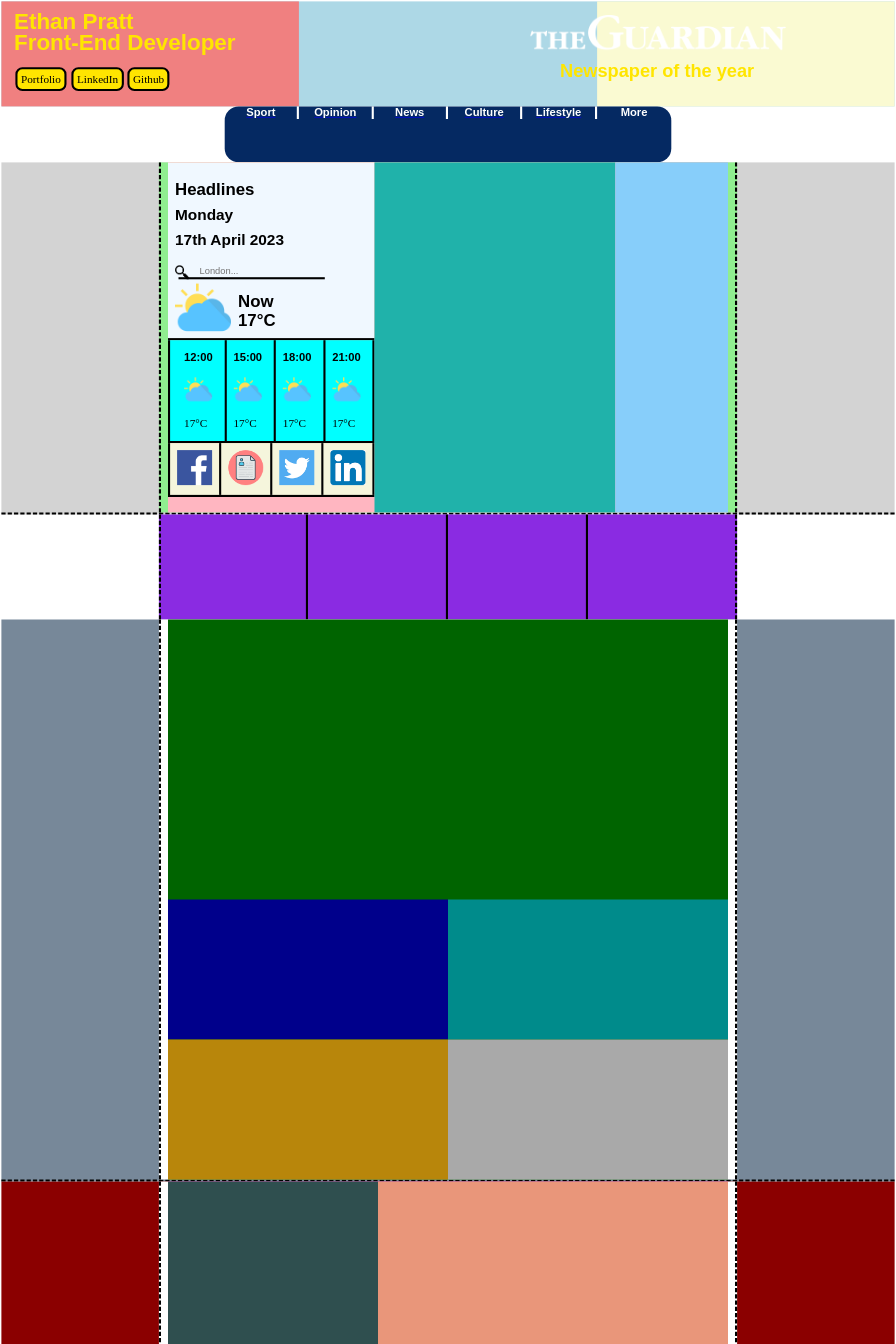
Repository: ghend99/News-Media
Page: index.html
These files come from the project's save history. The page is drawn as it stood at one moment and after the next save; the edit follows.
The browser window is 1280 px wide. The pictures show the part of the page from y = 0 to 1920 px (the page is 3765 px tall), at 70% of full size.
The page's requests for data from a server got no answer. Some web fonts or font styles are not loaded; a fallback is used.

Above is the page before, as saved 2023-05-07 19:18:52.

After the next save:
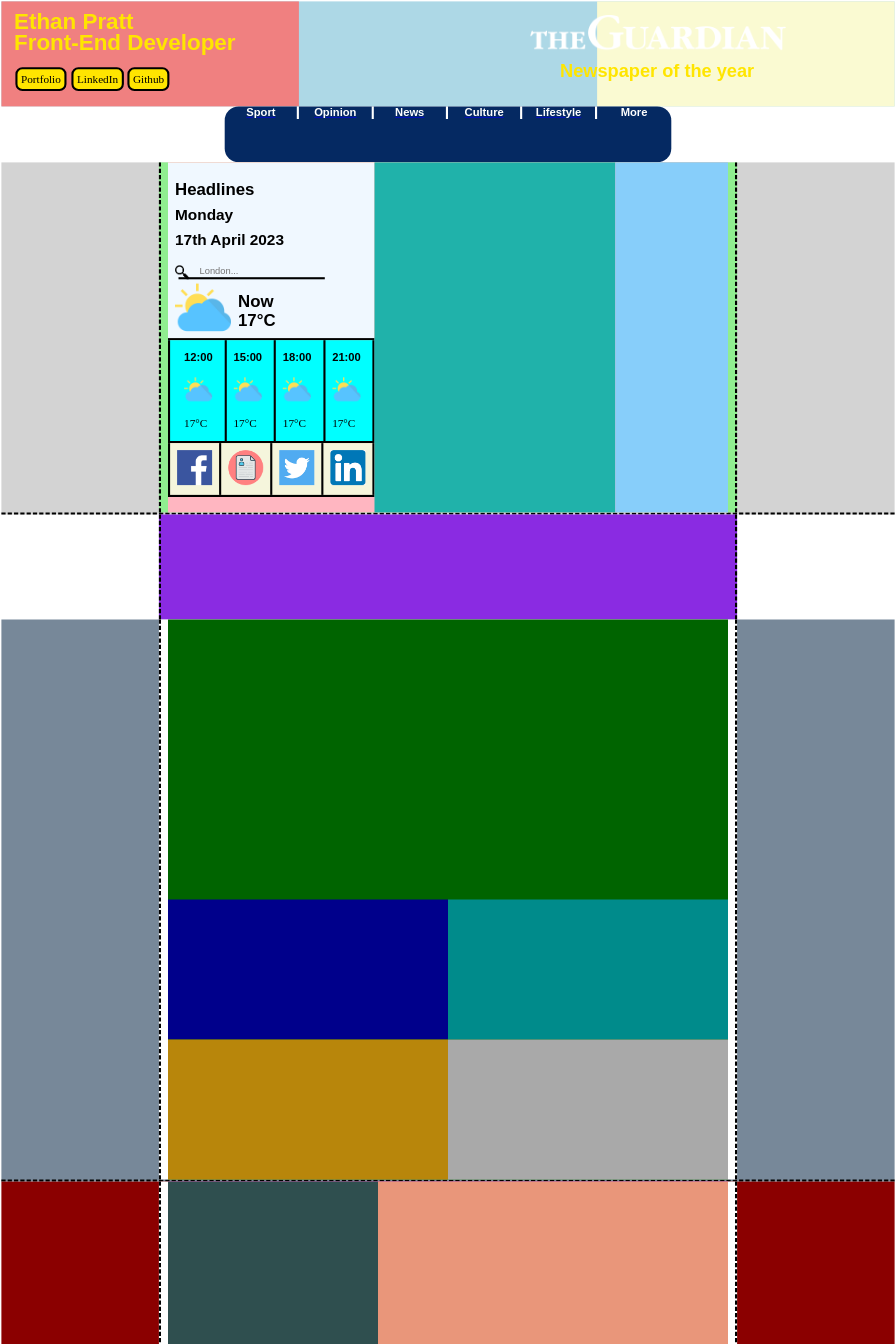
Saved 10 s later.
--- a/style.css
+++ b/style.css
@@ -257,7 +257,7 @@
   padding-right: 3px;
 }
 
-.news1-article1-header {
+.news-header {
   height: fit-content;
   width: 100%;
   font-size: 24px;
